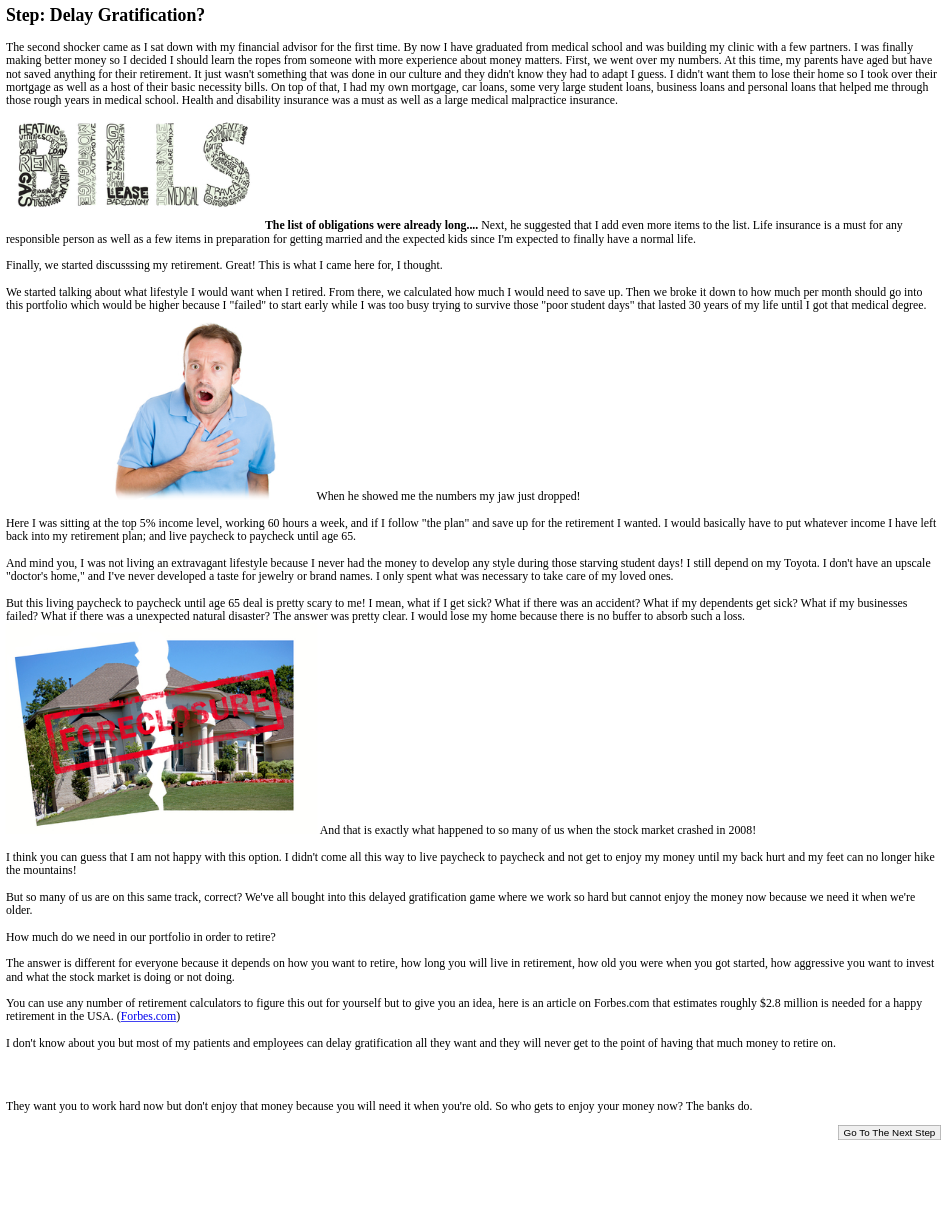
Repository: DevZubair/Danh-App
Page: www/templates/steps-delay.html
The author's editor kept a record of every edit. The page is drawn from the files as they stood at one moment, then again after the next edit.
The browser window is 1280 px wide. The pictures show the whole page, at 74% of full size.

Above is the page before.

After the next edit:
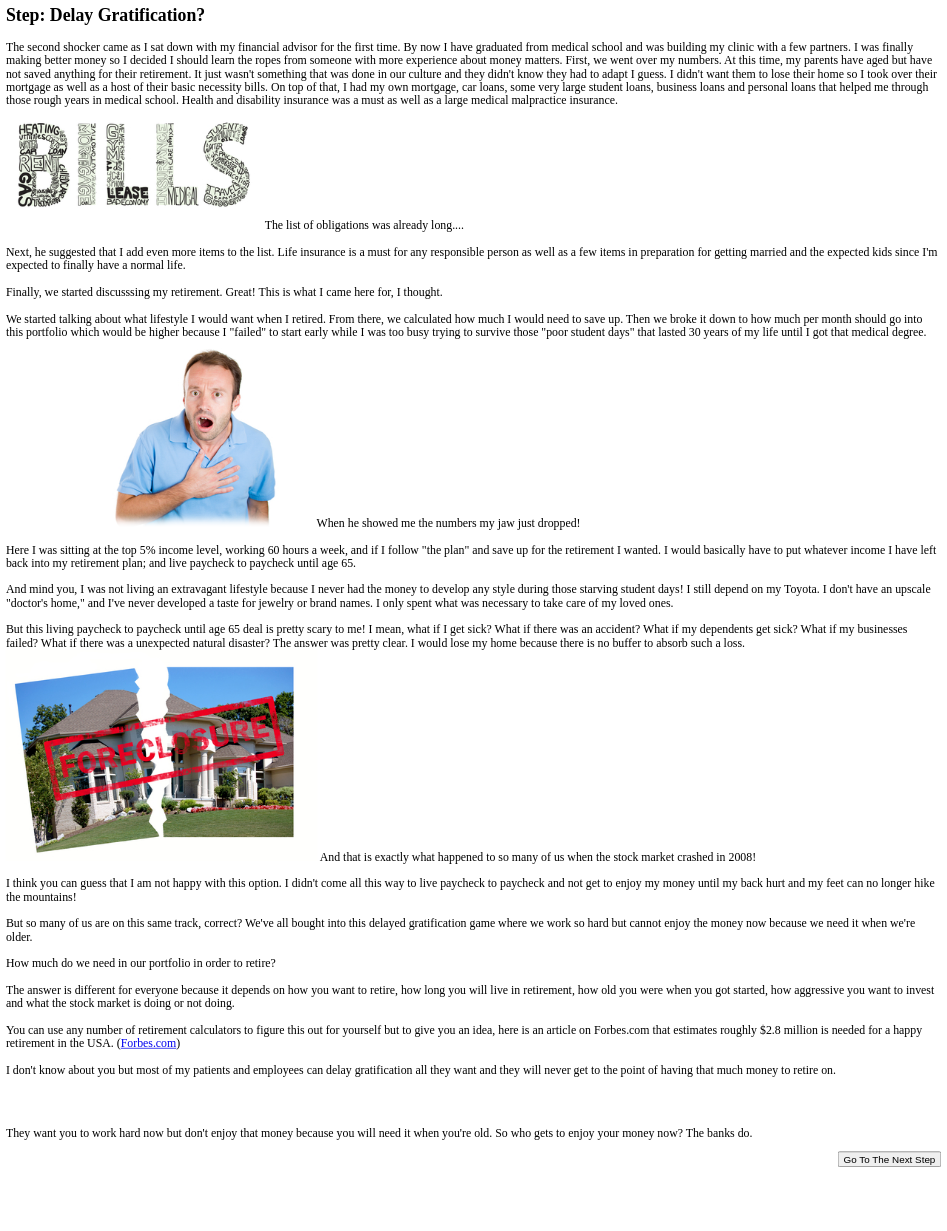
The edit:
--- a/www/templates/steps-delay.html
+++ b/www/templates/steps-delay.html
@@ -23,7 +23,7 @@
         <div class="row">
           <div class="col">
           <img src="img/bills.png" class="images-left-50"></img>
-          <b>The list of obligations were already long....</b>
+          <span class="subtitle">The list of obligations was already long....</span><br><br>
 
           Next, he suggested that I add even more items to the list.  Life insurance is a must for any responsible person as well as a few items in preparation for getting married and the expected kids since I'm expected to finally have a normal life.<br><br>
 
